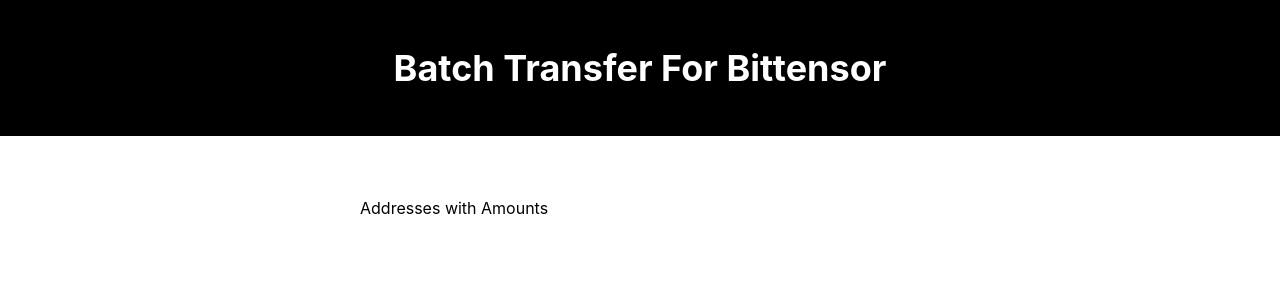
Repository: Dawid-Ace/batch_transfer_tao_master_ui
Page: /
An editor plug-in stored every save of this project. The page is shown before and after the next save, followed by the edit.
The browser window is 1280 px wide. The pictures show the whole page.
The project was rebuilt for these pictures with package versions that can differ from the ones it lists, and the page was loaded fresh each time.

Above is the page before, as saved 2023-05-10 03:19:11.

### src/App.js
import './App.css';
import { TransferForm } from './components/TransferForm';

function App() {
  return (
    <div className="app-container">
      <div className="header-container">
        Batch Transfer For Bittensor
      </div>

      <div className="main-container">
        <TransferForm />
      </div>
    </div>
  );
}

export default App;

### src/App.css
.app-container {
	display: flex;
	flex-direction: column;
	position: relative;
	width: 100%;
	height: 100vh;
}

.header-container {
	display: flex;
	justify-content: center;
	align-items: center;
	padding-top: 46px;
	padding-bottom: 46px;
	background-color: black;
	font-size: 36px;
	color: white;
	font-weight: 700;
}

.main-container {
	display: flex;
	justify-content: center;
	padding-top: 46px;
}

### src/components/TransferForm/index.jsx
import React, { useEffect, useState } from "react";
import styled from 'styled-components';

export const TransferForm = () => {
  /*
  const fetchUserBalance = async address => {
    const res = await api.query.system.account(address);
    if (res.isEmpty) return 0;
    const { data } = res.toJSON();
    return data.free / UNIT;
  };

  const fetchAndSetUserBalance = async () => {
    const _balance = await fetchUserBalance(currentAccount.address);
    setBalance(_balance);
  };

  const getFromAccount = async () => {
    const {
      address,
      meta: { source, isInjected }
    } = currentAccount;

    if (!isInjected) {
      return [currentAccount];
    }

    // currentAccount is injected from polkadot-JS extension, need to return the addr and signer object.
    // ref: https://polkadot.js.org/docs/extension/cookbook#sign-and-send-a-transaction
    const injector = await web3FromSource(source);
    return [address, { signer: injector.signer }];
  };

  const txResHandler = ({ status }) => {
    setTxStatus({
      visible: true,
      ...(status.isFinalized
        ? { type: 'success', message: 'Success' }
        : { type: 'info', message: `Current transaction status: ${status.type}` })
    });
    if (status.isFinalized) fetchInfo();
  };

  const txErrHandler = err => {
    setTxStatus({ visible: true, type: 'error', message: `😞 Transaction Failed: ${err.toString()}` });
  };

  const submitTx = async tx => {
    setPending(true);
    const fromAccount = await getFromAccount();
    tx.signAndSend(...fromAccount, txResHandler)
      .catch(txErrHandler)
      .finally(() => setPending(false));
  };

  const onUnstake = () => {
    submitTx(api.tx.subtensorModule.removeStake(HOTKEY, Math.floor(amount * UNIT)));
  };
  */

  const FormLabel = styled.p`
    color: black,
    font-weight: 600,
    font-size: 16px,
    line-height: 160%,
  `;

  const FormWrapper = styled.form`
    max-width: 560px;
    min-width: 560px;
    display: flex;
    flex-direction: column;

  `;

  return (
    <FormWrapper>
      <FormLabel>
        Addresses with Amounts
      </FormLabel>

    </FormWrapper>
  )
}

Loaded but not shown: public/index.html (common file); src/index.js (common file); src/index.css (common file); src/reportWebVitals.js (common file)

After the next save:
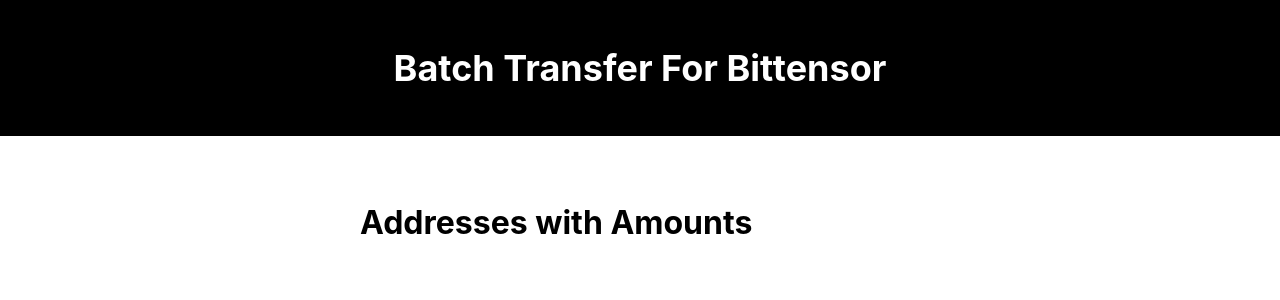
Saved 112 s later.
--- a/src/components/TransferForm/index.jsx
+++ b/src/components/TransferForm/index.jsx
@@ -58,7 +58,7 @@
   };
   */
 
-  const FormLabel = styled.p`
+  const FormLabel = styled.h1`
     color: black,
     font-weight: 600,
     font-size: 16px,
